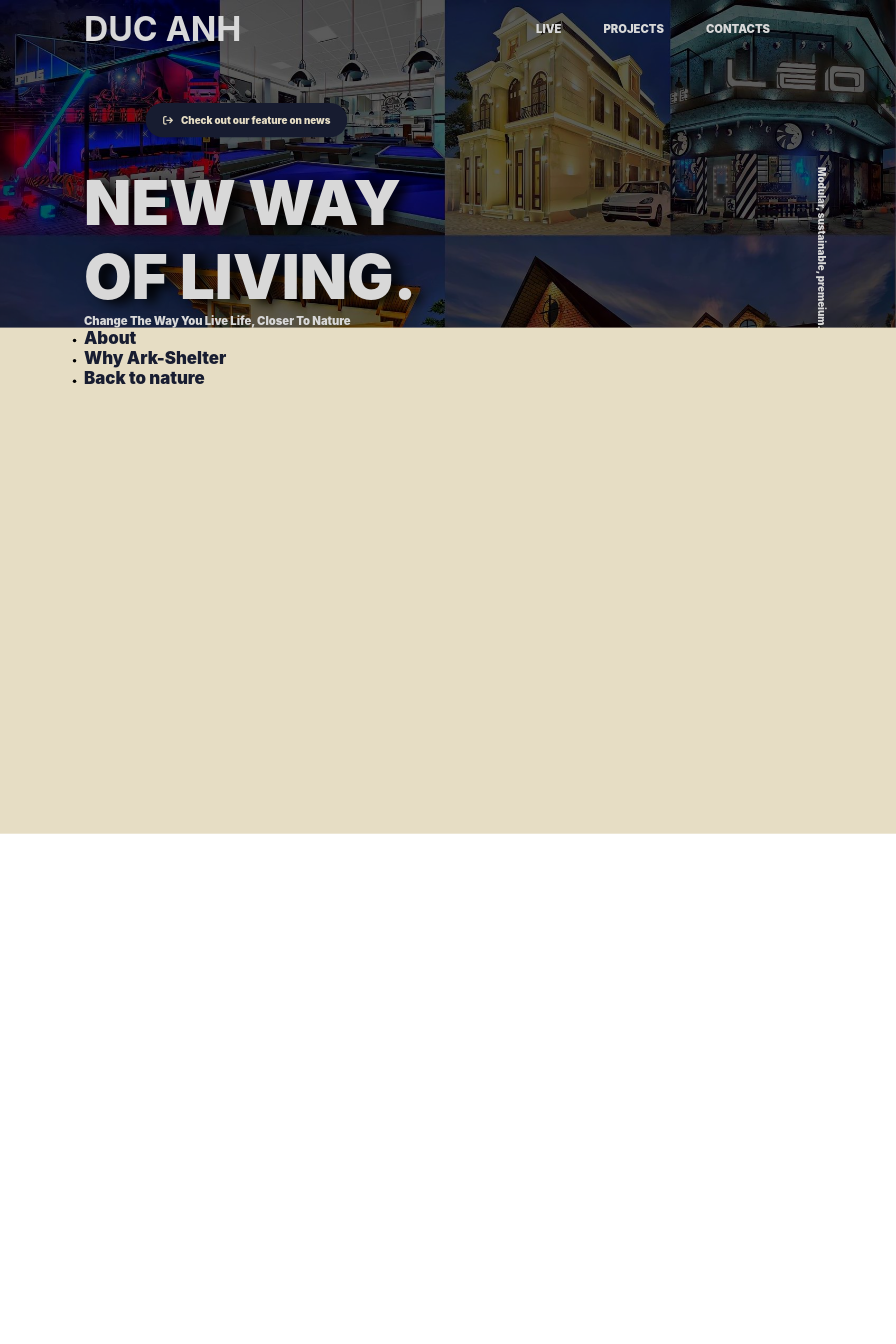
Repository: Ethanxcode/DucAnhNguyen
Page: index.html
The author's editor kept a copy of each file at every save. The page is drawn from the files as they stood at one save, then again after the next save.
The browser window is 1280 px wide. The pictures show the part of the page from y = 0 to 1920 px (the page is 10000 px tall), at 70% of full size.

Above is the page before, as saved 2023-01-14 01:14:58.

After the next save:
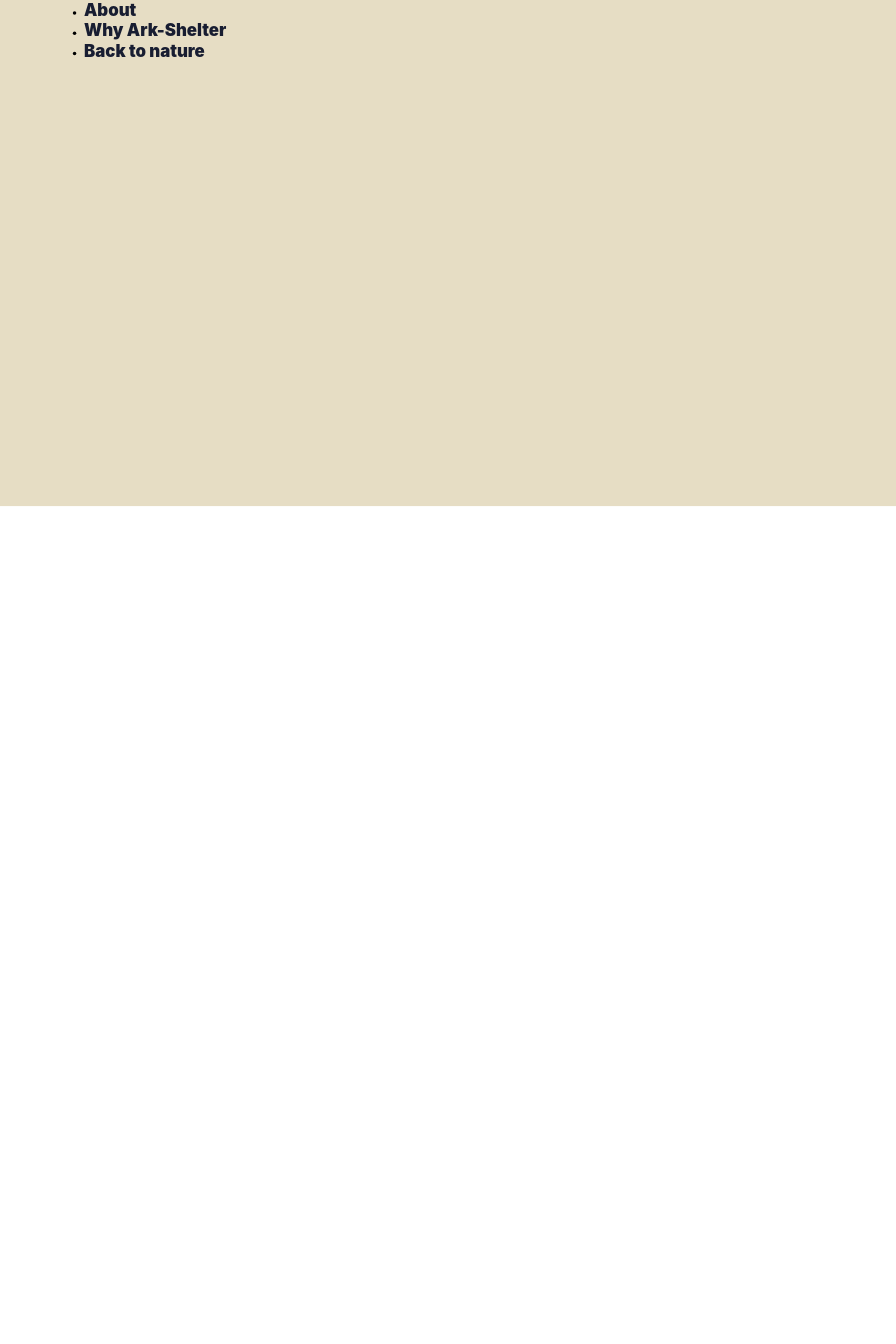
Saved 12 s later.
--- a/index.html
+++ b/index.html
@@ -14,48 +14,7 @@
 	</head>
 	<body>
 		<div id="root">
-			<header class="container header">
-				<div
-					class="bg-image-holder"
-					style="
-						background-image: url(./Assets/241194850_2108411145980762_7904081432669109629_n.jpg);
-					"
-				></div>
-				<nav class="navigation content-above">
-					<ul class="headerMenu">
-						<li>
-							<a href=""><h2 class="textLogo">Duc Anh</h2></a>
-						</li>
-						<li class="subHeaderMenu">
-							<ul>
-								<li>
-									<a href="#" class="inter-black-iron-16px">Live</a>
-								</li>
-								<li>
-									<a href="#" class="inter-black-iron-16px">Projects</a>
-								</li>
-								<li>
-									<a href="#" class="inter-black-iron-16px">Contacts</a>
-								</li>
-							</ul>
-						</li>
-					</ul>
-				</nav>
-				<nav class="heroSubNavigation content-above">
-					<button class="btn inter-black-almod-16px" style="margin-left: 88px">
-						<i class="icon-margin-8px fa-solid fa-arrow-right-from-bracket"></i>
-						Check out our feature on news
-					</button>
-					<h1 class="heroTitle">
-						New way <br />
-						of living.
-					</h1>
-					<p class="inter-black-iron-16px" style="text-transform: capitalize">
-						change the way you live life, closer to nature
-					</p>
-					<p class="childrenSubNav">Modular, sustainable, premeium.</p>
-				</nav>
-			</header>
+			<header class="container header"></header>
 
 			<section class="AboutSection container content-above">
 				<header class="HeaderSection">

After the save that followed:
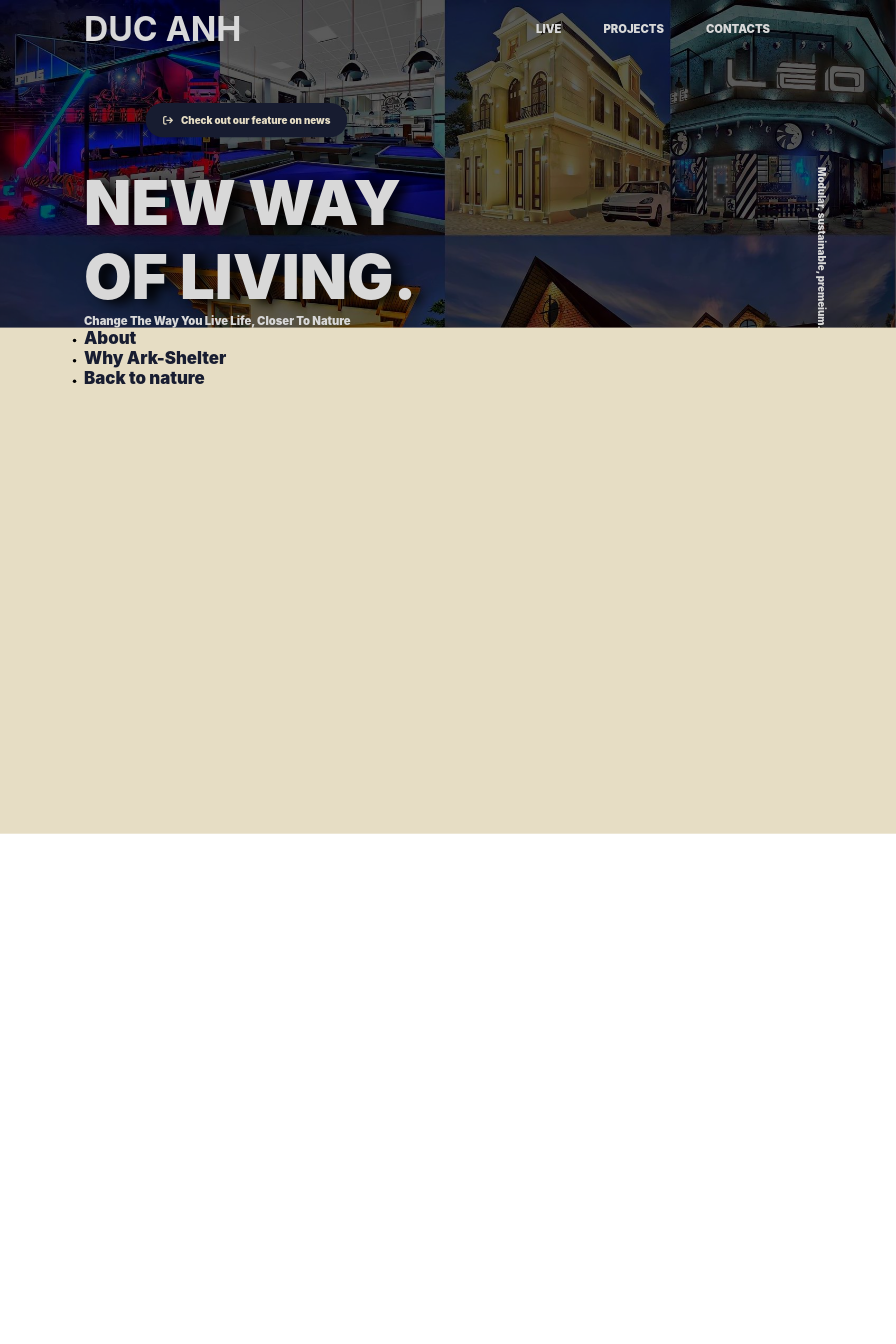
Saved 12 s later.
--- a/index.html
+++ b/index.html
@@ -14,7 +14,48 @@
 	</head>
 	<body>
 		<div id="root">
-			<header class="container header"></header>
+			<div class="container header">
+				<div
+					class="bg-image-holder"
+					style="
+						background-image: url(./Assets/241194850_2108411145980762_7904081432669109629_n.jpg);
+					"
+				></div>
+				<nav class="navigation content-above">
+					<ul class="headerMenu">
+						<li>
+							<a href=""><h2 class="textLogo">Duc Anh</h2></a>
+						</li>
+						<li class="subHeaderMenu">
+							<ul>
+								<li>
+									<a href="#" class="inter-black-iron-16px">Live</a>
+								</li>
+								<li>
+									<a href="#" class="inter-black-iron-16px">Projects</a>
+								</li>
+								<li>
+									<a href="#" class="inter-black-iron-16px">Contacts</a>
+								</li>
+							</ul>
+						</li>
+					</ul>
+				</nav>
+				<nav class="heroSubNavigation content-above">
+					<button class="btn inter-black-almod-16px" style="margin-left: 88px">
+						<i class="icon-margin-8px fa-solid fa-arrow-right-from-bracket"></i>
+						Check out our feature on news
+					</button>
+					<h1 class="heroTitle">
+						New way <br />
+						of living.
+					</h1>
+					<p class="inter-black-iron-16px" style="text-transform: capitalize">
+						change the way you live life, closer to nature
+					</p>
+					<p class="childrenSubNav">Modular, sustainable, premeium.</p>
+				</nav>
+			</div>
 
 			<section class="AboutSection container content-above">
 				<header class="HeaderSection">
